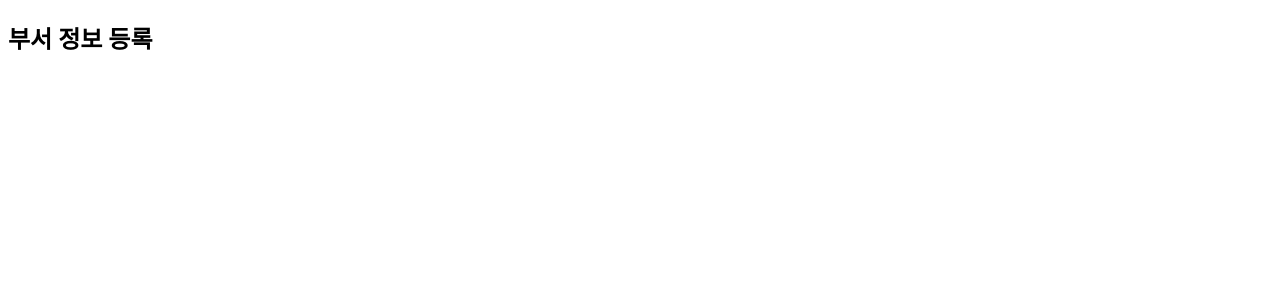
Repository: sieoh/2024html-
Page: http://localhost/jspweb_08/departform.jsp
The author's editor kept a copy of each file at every save. The page is drawn from the files as they stood at one save, then again after the next save.
The browser window is 1280 px wide. The pictures show the whole page.
The page is served by Tomcat 9. Other server files are loaded and not shown.

Above is the page before, as saved 2024-01-12 02:50:02.

### workspace_sts/jspweb_08/src/main/webapp/departform.jsp
<%@ page language="java" contentType="text/html; charset=UTF-8"
    pageEncoding="UTF-8"%>
<%@ page import="java.sql.*" %>
<%@ page import="utils.DBConfig" %>
<!DOCTYPE html>
<html>
<head>
<meta charset="UTF-8">
<title>Insert title here</title>
</head>
<body>
	<div id="department-form">
		<h2>부서 정보 등록</h2>
		<form id="departmentform">
			<label>
		</form>
	</div>
</body>
</html>

After the next save:
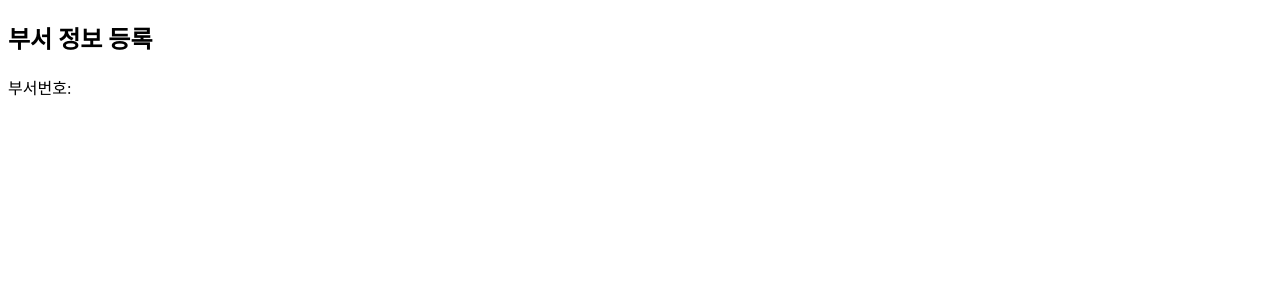
Saved 66 s later.
--- a/workspace_sts/jspweb_08/src/main/webapp/departform.jsp
+++ b/workspace_sts/jspweb_08/src/main/webapp/departform.jsp
@@ -12,7 +12,7 @@
 	<div id="department-form">
 		<h2>부서 정보 등록</h2>
 		<form id="departmentform">
-			<label>
+			<lable id="departid">부서번호:</label>
 		</form>
 	</div>
 </body>
